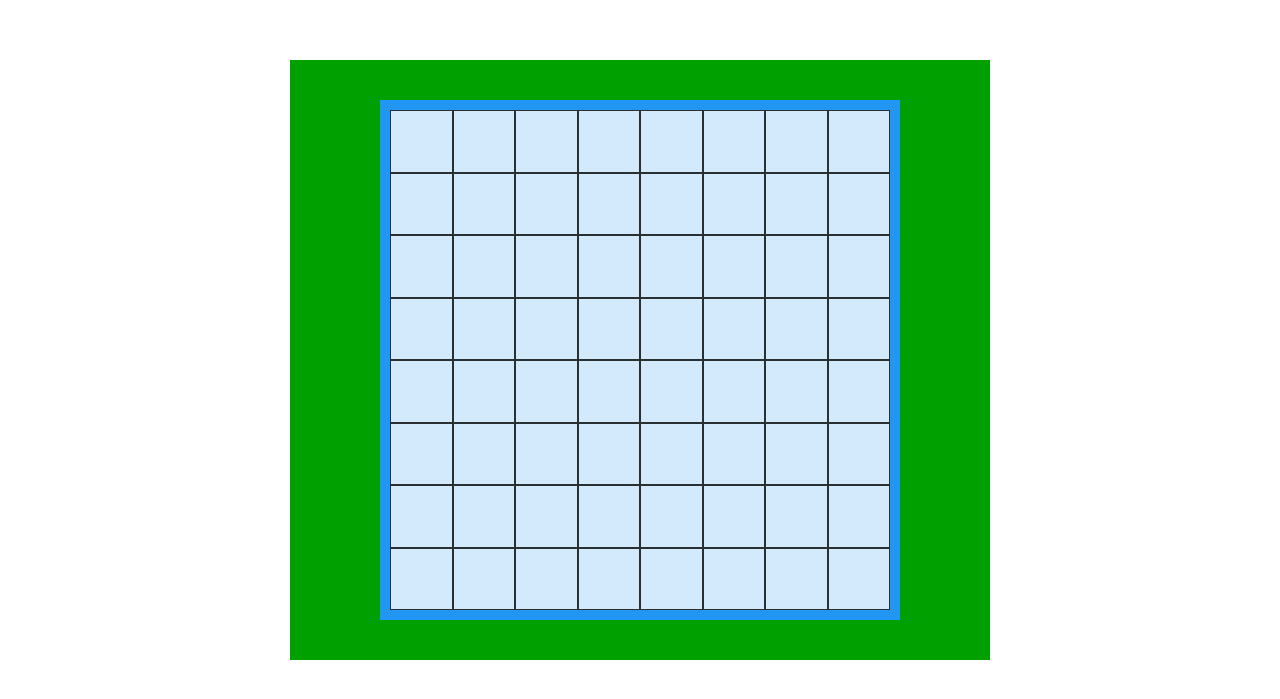
Repository: eliaoucohen72/react-reversi
Page: /
An editor plug-in stored every save of this project. The page is shown before and after a run of saves, followed by the edit.
The browser window is 1280 px wide. The pictures show the whole page.
The project was rebuilt for these pictures with package versions that can differ from the ones it lists, and the page was loaded fresh each time. Also part of the build but not shown: vite.config.ts.

Above is the page before, as saved 2024-08-26 12:53:58.

### src/App.tsx
import "./App.css";

function App() {
  const returnBoard = () =>
    Array.from({ length: 64 }, (x: number) => {
      return <div className="grid-item">{x}</div>;
    });

  return (
    <div
      className="wrapper"
    >
      <div
        style={{
          position: "absolute",
          width: "700px",
          height: "600px",
          backgroundColor: "#00a000",
          top: "50%",
          left: "50%",
          transform: "translate(-50%, -50%)",
          display: "flex",
          alignItems: "center",
          justifyContent: "center",
        }}
      >
        <div className="grid-container">{returnBoard()}</div>
      </div>
    </div>
  );
}

export default App;

### src/App.css
.wrapper {
  width: 100vw;
  height: 100vh;
  backgroundColor: "#afcffe"
  position: "relative"
}

.grid-container {
  display: grid;
  grid-template-columns: 12.5% 12.5% 12.5% 12.5% 12.5% 12.5% 12.5% 12.5%;
  background-color: #2196f3;
  padding: 10px;
  width: 500px;
  height: 500px;
}
.grid-item {
  background-color: rgba(255, 255, 255, 0.8);
  border: 1px solid rgba(0, 0, 0, 0.8);
  text-align: center;
}

Loaded but not shown: index.html (common file); src/main.tsx (common file); src/index.css (common file)

After the next 5 saves:
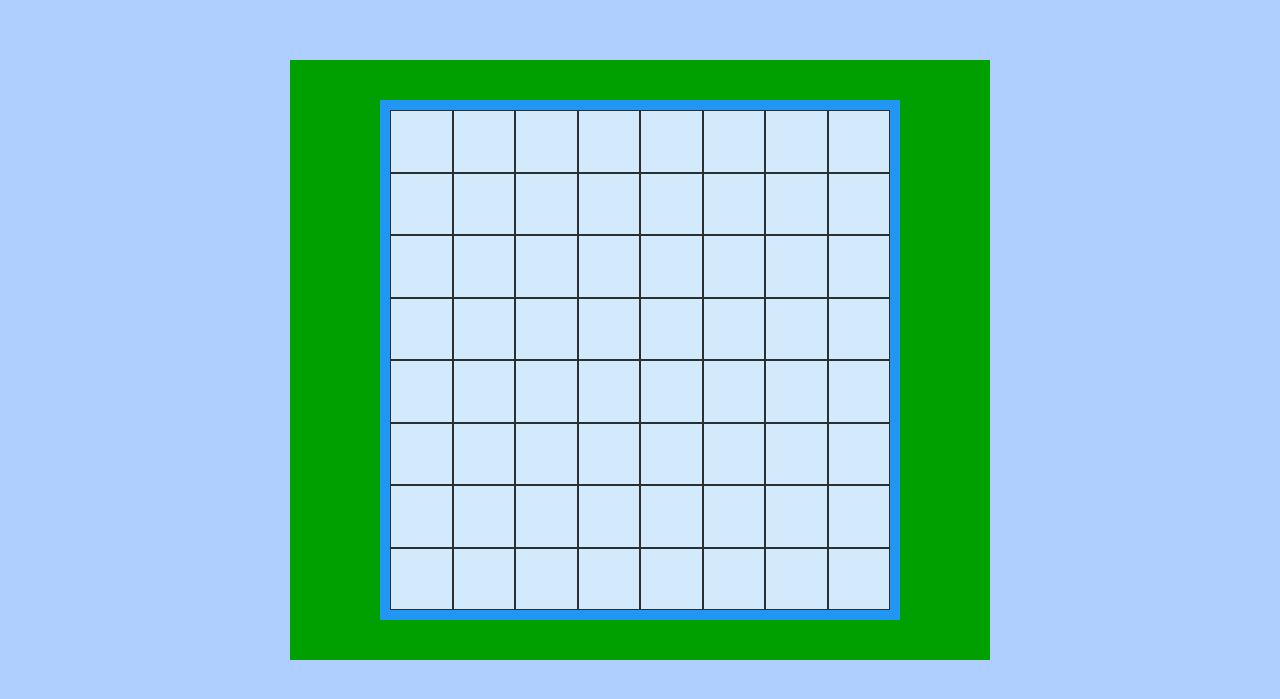
The 5 saves are shown as one change because they came seconds apart.
The last was saved 14 s later.
--- a/src/App.css
+++ b/src/App.css
@@ -1,8 +1,8 @@
 .wrapper {
   width: 100vw;
   height: 100vh;
-  backgroundColor: "#afcffe"
-  position: "relative"
+  background-color: #afcffe;
+  position: relative;
 }
 
 .grid-container {
